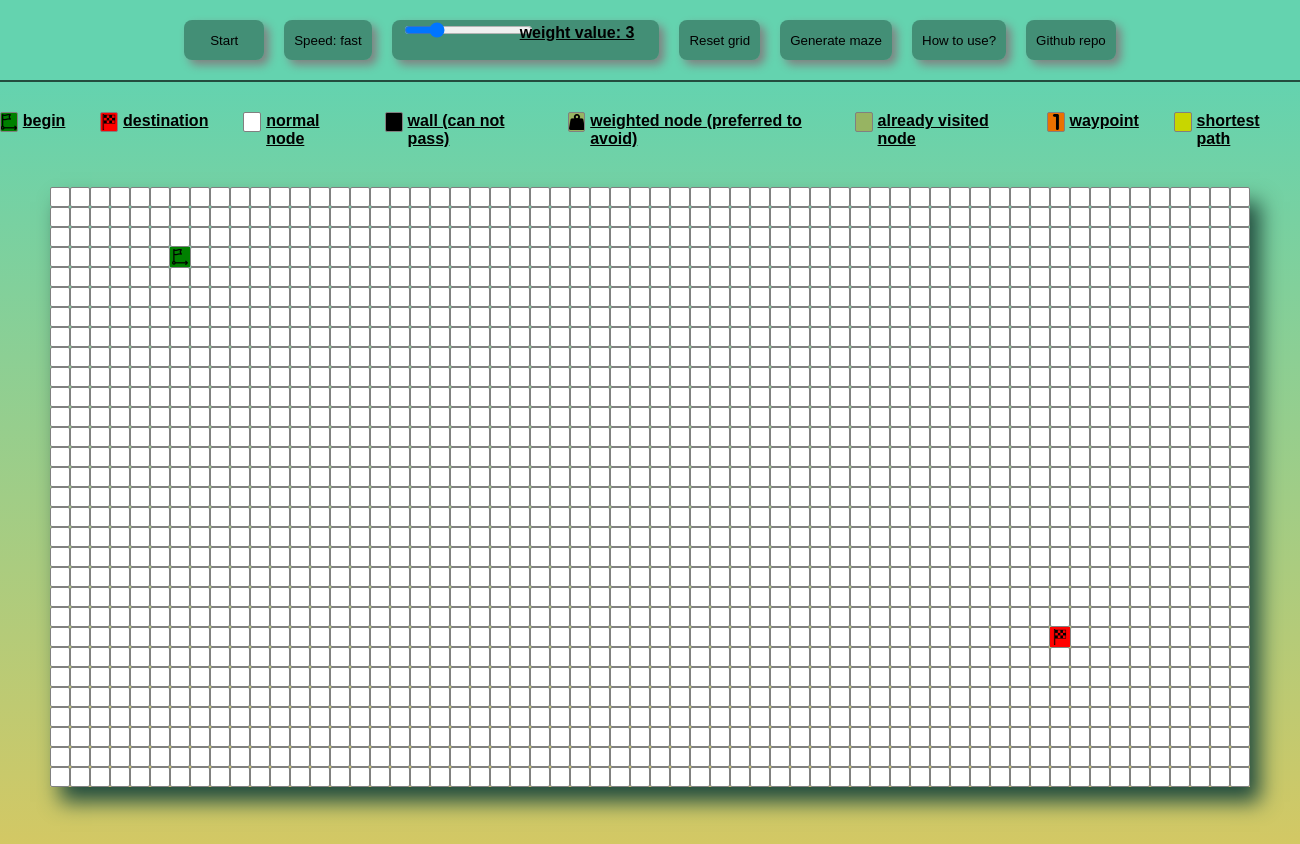
Repository: Daan-v-Berkel/PancakeFear.github.io
Page: index.html
These files come from the project's save history. The page is drawn as it stood at one moment and after the next save; the edit follows.
The browser window is 1280 px wide. The page is 1300 px wide, so the pictures cover 1300 px, including what lies to the right of the window. The pictures show the whole page.
Some web fonts or font styles are not loaded; a fallback is used.

Above is the page before, as saved 2021-11-15 20:10:15.

### index.html
<!doctype html>

<html lang="en">
<head>
  <meta charset="utf-8">
  <meta name="viewport" content="width=device-width, initial-scale=1">

  <title>Pathfinder Visualizer</title>
  <meta name="description" content="An interactive pathfinding algorithm visualizer">
  <meta name="author" content="DaanvB">

  <meta property="og:title" content="Pathfinding visualizer">
  <meta property="og:type" content="website">
  <meta property="og:description" content="An interactive pathfinding algorithm visualizer">

  <link rel="stylesheet" href="Style.css">
  <link rel="preconnect" href="https://fonts.googleapis.com">
  <link rel="preconnect" href="https://fonts.gstatic.com" crossorigin>
  <link href="https://fonts.googleapis.com/css2?family=Glory&display=swap" rel="stylesheet">
  <script src="Node_class.js"></script>
  <script src="Grid_class.js"></script>
  <script src="Helper_methods.js"></script>
  <script src="Algorithms.js"></script>
</head>

<body onload="createGrid()" onmouseup="mouseUpHandler()">
    <div class="header">
      <button type="button" class="header-btn" onclick="startAlgorithm(grid)">Start</button>
      <div class="dropdown-box">
        <button class="header-btn" id="dropdown-btn">Speed: fast</button>
        <div class="dropdown-content">
          <p class="dropdown-select" onclick="SelectSpeed(this)">slow</p>
          <p class="dropdown-select" onclick="SelectSpeed(this)">medium</p>
          <p class="dropdown-select" onclick="SelectSpeed(this)">fast</p>
          <p class="dropdown-select" onclick="SelectSpeed(this)">no delay</p>
        </div>
      </div>
      <div class="header-btn" id="slider-btn"><input type="range" min="1" max="10" value="3" class="slider" id="WeightRange" oninput="SetWeightValue(this)"><label id="weightLabel" for="WeightRange">weight value: 3</label></div>
      <div class="dropdown-box">
        <button class="header-btn" id="dropdown-btn" onmousedown="ResetGrid(grid)">Reset grid</button>
        <div class="dropdown-content">
          <span class="dropdown-select reset" id="startnode-reset" onclick="HandleResets(this)">
            <p><div class="explanation startnode dropdown"></div>Begin</p><span id="startnode-reset-inner"></span>
          </span>
          <span class="dropdown-select reset"  id="endnode-reset" onclick="HandleResets(this)">
            <p><div class="explanation endnode dropdown"></div>End</p><span id="endnode-reset-inner"></span>
          </span>
          <span class="dropdown-select reset"  id="waypoint-reset" onclick="HandleResets(this)">
            <p><div class="explanation waypoint one dropdown"></div>Waypoints</p><span id="waypoint-reset-inner"></span>
          </span>
          <span class="dropdown-select reset"  id="wall-reset" onclick="HandleResets(this)">
            <p><div class="explanation node wall dropdown"></div>Walls</p><span id="wall-reset-inner"></span>
          </span>
          <span class="dropdown-select reset"  id="weighted-reset" onclick="HandleResets(this)">
            <p><div class="explanation weighted dropdown"></div>Weights</p><span id="weighted-reset-inner"></span>
          </span>
        </div>
      </div>
      <button type="button" class="header-btn" onclick="Maze()">Generate maze</button>
      <button id="popup-btn" class="header-btn" onclick="ShowInstructions()">How to use?</button>
        <div id="popup" class="popup-instructions"  onclick="CloseWindow(this)">
          <div class="popup-content">
            <span class="close">&times;</span>
            <h1>How does it work?</h1>
            <p class="instruction-text">
              <img src="images/instruction.png" id="instruction-img" width="200" height="200">
              left-click can be used to place and remove walls. <br>
              click and drag an empty (white) node to create walls. <br>
              click and drag a wall to create empty nodes.
              <br><br>
              right-click (or alt + left-click) and drag to create weights. <br><br>
              click the middle mouse button (or shift + left-click) to create up to 3 waypoints.
            </p>

          </div>
        </div>
      <button type="button" class="header-btn" onclick="window.open('https://github.com/PancakeFear/PancakeFear.github.io', '_blank'); return false;">Github repo</button>
    </div>
    <div class="hero">
      <div id="popup-algo-failed" class="popup-instructions">
        <div class="popup-content">
          <span class="close">&times;</span>
          <h1>Failed to find a path</h1>
          <p class="instruction-text">
            the algorithm has failed to find its destination <br><br>
            This is most likely because there is no possible path.
          </p>

        </div>
      </div>
      <div class="explanations">
        <div name="begin" class="explanation startnode"></div><label for="begin">begin</label>
        <div name="dest" class="explanation endnode"></div><label for="dest">destination</label>
        <div name="node" class="explanation node"></div><label for="node">normal node</label>
        <div name="wall" class="explanation node wall"></div><label for="wall">wall (can not pass)</label>
        <div name="weight" class="explanation node weighted"></div><label for="weight">weighted node (preferred to avoid)</label>
        <div name="visit" class="explanation node visited"></div><label for="visit">already visited node</label>
        <div name="waypoint" class="explanation node waypoint one"></div><label for="waypoint">waypoint</label>
        <div name="shortest" class="explanation node shortest"></div><label for="shortest">shortest path</label>

      </div>
        <div id='grid'>

        </div>
    </div>
    <script src="script.js"></script>
</body>
</html>

### Style.css
* {
  font-family: "Glory", sans-serif !important;
}

html {
  height: 100%;
  min-height: fit-content;
  min-width: calc(1200px + 100px);
  margin: 0;
}
body {
  height: calc(100% - 82px);
  min-height: 682px;
  min-width: fit-content;
  margin: 0;
}

.hero {
  height: 100%;
  padding-top: 80px;
  background: linear-gradient(rgb(100, 211, 175), rgb(211, 200, 100));
}

#grid {
  height: 600px;
  width: 1200px;
  margin-left: auto;
  margin-right: auto;
  display: grid;
  grid-template-columns: repeat(auto-fill, 20px);
  grid-template-rows: repeat(auto-fill, 20px);
  box-shadow: 10px 15px 20px rgb(35, 77, 63);
}

/* .once {
  background: no-repeat url("images/dot.png");
  background-size: 4px 4px;
  background-position-x: 1px;
  background-position-y: 1px;
} */

.twice {
  /* background: no-repeat url("images/dot.png"), no-repeat url("images/dot.png"); */
  filter: brightness(80%);
  /* background-size: 4px 4px;
  background-position-x: 1px, 13px;
  background-position-y: 1px, 1px; */
}
.thrice {
  /* background: no-repeat url("images/dot.png"), no-repeat url("images/dot.png"),
    no-repeat url("images/dot.png"); */
  filter: brightness(60%);
  /* background-size: 4px 4px;
  background-position-x: 1px, 13px, 1px;
  background-position-y: 1px, 1px, 13px; */
}

.quadrice {
  /* background: no-repeat url("images/dot.png"), no-repeat url("images/dot.png"),
    no-repeat url("images/dot.png"), no-repeat url("images/dot.png"); */
  filter: brightness(40%);
  /* background-size: 4px 4px;
  background-position-x: 1px, 13px, 1px, 13px;
  background-position-y: 1px, 1px, 13px, 13px; */
}

.node {
  height: 18px;
  width: 18px;
  background-color: white;
  border: 1px solid grey;
  border-radius: 2px;
  cursor: pointer;
  transition: 0.6s ease-out;
}

.explanation {
  height: 18px;
  width: 18px;
  background-color: white;
  border: 1px solid grey;
  border-radius: 2px;
}

.wall {
  background-color: black;
}

.weighted {
  background: no-repeat url("images/weight.png") rgb(151, 180, 98);
  background-size: 16px 16px;
  background-position-x: center;
  background-position-y: center;
  animation-name: weights;
  animation-duration: 0.6s;
}

.visited {
  background-color: rgb(151, 180, 98);
}
.shortest {
  background-color: rgb(200, 214, 0);
}

@keyframes weights {
  from {
    background-position-y: -20px;
  }
  to {
    background-position-y: center;
  }
}

/* .node.weighted.visited {
  background-color: rgba(255, 255, 255, 0.199);
} */

.weighted.visited.shortest {
  background-color: rgb(228, 236, 110);
}

.startnode {
  background: no-repeat url("images/start-point.png") green;
  background-size: 16px 16px;
  background-position-x: center;
  background-position-y: center;
  cursor: pointer;
}
.endnode {
  background: no-repeat url("images/finish-flag.png") red;
  background-size: 16px 16px;
  background-position-x: center;
  background-position-y: center;
  cursor: pointer;
}

.waypoint.one {
  background: no-repeat url("images/one.png") rgb(235, 113, 0);
  background-size: 16px 16px;
  background-position-x: center;
  background-position-y: center;
}

.waypoint.two {
  background: no-repeat url("images/two.png") rgb(235, 113, 0);
  background-size: 16px 16px;
  background-position-x: center;
  background-position-y: center;
}

.waypoint.three {
  background: no-repeat url("images/three.png") rgb(235, 113, 0);
  background-size: 16px 16px;
  background-position-x: center;
  background-position-y: center;
}

.header {
  height: 80px;
  width: 100%;
  background-color: rgb(100, 211, 175);
  border-bottom: 2px solid rgb(35, 77, 63);
  display: flex;
  flex-direction: row;
  justify-content: center;
  align-items: center;
  column-gap: 20px;
}

.header-btn {
  height: 40px;
  min-width: 80px;
  align-items: center;
  background: rgba(35, 77, 63, 0.5);
  border: none;
  border-radius: 8px;
  box-shadow: 5px 5px 10px grey;
  cursor: pointer;
  padding: 0 10px;
}

.header-btn > a {
  text-decoration: none;
}

.explanations {
  width: fit-content;
  height: 25px;
  position: relative;
  top: -50px;
  left: 50%;
  right: auto;
  transform: translate(-50%, 0);
  display: flex;
  flex-direction: row;
  column-gap: 20px;
}
.explanation {
  animation: none;
  cursor: default;
}
.explanation.dropdown {
  cursor: pointer;
  margin-right: 8px;
}

label {
  font-weight: bold;
  text-decoration: underline;
  position: relative;
  left: -15px;
}

.dropdown-content {
  display: none;
  position: absolute;
  background: rgba(68, 144, 119, 255);
  min-width: 90px;
  box-shadow: 5px 5px 10px grey;
  border-radius: 0px 10px 10px 10px;
  z-index: 1;
}

.dropdown-box:hover #dropdown-btn {
  border-radius: 8px 8px 0px 0px;
  height: 48px;
  transform: translate(0, 4px);
  padding-bottom: 8px;
}

.dropdown-box:hover .dropdown-content {
  display: flex;
  flex-direction: column;
  align-items: center;
}

.dropdown-select {
  width: 90px;
  height: 100%;
  margin: 0px;
  color: black;
  padding: 12px 16px;
  text-decoration: none;
  display: block;
  cursor: pointer;
}
.dropdown-select::before {
  content: "";
  background: rgb(100, 211, 175);
  position: absolute;
  margin-top: -13px;
  left: 10px;
  right: 10px;
  height: 1px;
  width: 80%;
}
.dropdown-select.reset::before {
  margin-top: -40px;
}
.dropdown-select.reset {
  width: 110px;
  height: 1em;
  display: flex;
  flex-direction: row;
  align-items: center;
}
.dropdown-select.reset > span {
  position: absolute;
  right: 0;
  margin: 0 15px;
}

.dropdown-select:first-child {
  border-radius: 0px 10px 0px 0px;
}
.dropdown-select:first-child::before {
  background: transparent;
}

.dropdown-select:last-child {
  border-radius: 0px 0px 10px 10px;
}

.dropdown-select:hover {
  background: rgb(53, 109, 90);
}

.popup-instructions {
  display: none;
  position: fixed;
  z-index: 1;
  left: 0;
  top: 0;
  width: 100%;
  height: 100%;
  /*overflow: auto;*/
  background-color: rgb(0, 0, 0);
  background-color: rgba(0, 0, 0, 0.4);
}

/* Modal Content/Box */
.popup-content {
  background: linear-gradient(rgb(100, 211, 175), rgb(211, 200, 100));
  margin: auto;
  margin-top: 10%;
  padding: 20px;
  border: 1px solid #888;
  border-radius: 20px;
  width: fit-content;
  height: fit-content;
  min-height: 300px;
  min-width: 20%;
}

.close {
  position: relative;
  top: -20px;
  color: #aaa;
  float: right;
  font-size: 41px;
  font-weight: bold;
}

.close:hover,
.close:focus {
  color: black;
  text-decoration: none;
  cursor: pointer;
}

#instruction-img {
  float: right;
  margin-left: 5%;
}

### Node_class.js
class GridNode {
  // Base class for nodes, each representing 'backend' of the visual block
  constructor(id, status){
    this.id = id;
    this.status = status;// node, startnode, endnode, visited, weighted, shortest, wall, waypoint(one, two, three).
    this.previousNode = null;
    this.visited = false;
    this.path = null;
    this.direction = null;
    this.storedDirection = null;
    this.distance = Infinity;
    this.totalDistance = Infinity;
    this.heuristicDistance = null;
    this.weight = 0;
    this.relatesToObject = false;
    this.overwriteObjectRelation = false;
  }

  softReset(){//soft reset, for multiple waypoints
    //this.status = 'node';
    this.previousNode = null;
    this.path = null;
    this.visited = false;
    this.direction = null;
    this.storedDirection = null;
    this.distance = Infinity;
    this.totalDistance = Infinity;
    this.heuristicDistance = null;
    //this.weight = 0;
    this.relatesToObject = false;
    this.overwriteObjectRelation = false;
  }

  addStatus(s){
    this.status = `${this.status} ${s}`;
  }

  overwriteStatus(s){
    this.status = `node ${s}`;
  }

  removeStatus(s){
    var toRemove = ' ' + s;
    var currentStatus = this.status;
    var newStatus = currentStatus.replace(toRemove, '');
    this.status = newStatus
  }
}

### Grid_class.js
class Grid {
    // Base class for the grid, as 'backend' to the visual grid.
    constructor(col, rows){
      this.columns = col;
      this.rows = rows;
      this.start = null;
      this.end = null;
      this.active = false;
      this.nodes = [];
      this.waypoints = [];
      this.mousePressed = false;
      this.pressedNodeStatus = null;
      this.currentNode = null;
      this.previousNode = null;
      this.enteredSpecialNode = false;
      this.speed = 100;
      this.weightNumber = 3;
    }
  // gets a node from the created nodes in the grid
    getNode(id){
      var coordinates = id.toString().split(',');
      var row = parseInt(coordinates[0]);
      var col = parseInt(coordinates[1]);
      return this.nodes[row][col];
    }
  // resets a node to its original state, visually this means it will become empty or white.
    resetNode(n){//hard reset
      n.status = 'node';
      n.previousNode = null;
      n.path = null;
      n.visited = false;
      n.direction = null;
      n.storedDirection = null;
      n.distance = Infinity;
      n.totalDistance = Infinity;
      n.heuristicDistance = null;
      n.weight = 0;
      n.relatesToObject = false;
      n.overwriteObjectRelation = false;
    }

    findNodesByStatus(status){
      var nodesFound = [];

      for (var r in this.nodes){
        for (var n in r){
          if (n.status.includes(status)){
            nodesFound.push(n);
          }
        }
      }
      return nodesFound;
    }

    addWaypoint(wpNode, replaceIndex=null){
      var lostWP = null;
      var indexToString = null;
      if (wpNode && !replaceIndex){
        this.waypoints.push(wpNode)
      }else{
        var i = this.waypoints.indexOf(wpNode);
        this.waypoints.splice(i, 1, wpNode)
      }
      if (this.waypoints.length > 3){
        lostWP = this.waypoints.shift();
        lostWP.status = 'node';
      }
      for (var i in this.waypoints){
        switch(i){
          case '0':
            indexToString = 'one';
            this.waypoints[i].status = `node waypoint one`;
            break;
          case '1':
            indexToString = 'two';
            this.waypoints[i].status = `node waypoint two`;
            break;
          case '2':
            indexToString = 'three';
            this.waypoints[i].status = `node waypoint three`;
            break;
          default:
            console.log(i);
        }
        //this.waypoints[i].status = `node waypoint ${indexToString}`;
      }
      //console.log(this.waypoints);
      if(lostWP){return lostWP.id;}
    }

    removeWaypoint(wpNode){
      var index = this.waypoints.indexOf(wpNode);
      var nodeToRemove = this.waypoints[index];
      var indexToString = null;
      this.waypoints.splice(index, 1);
      nodeToRemove.status = 'node';
      for (var i in this.waypoints){
        switch(i){
          case '0':
            indexToString = 'one';
            this.waypoints[i].status = `node waypoint one`;
            break;
          case '1':
            indexToString = 'two';
            this.waypoints[i].status = `node waypoint two`;
            break;
          case '2':
            indexToString = 'three';
            this.waypoints[i].status = `node waypoint three`;
            break;
          default:
            console.log(i);
        }
        //this.waypoints[i].status = `node waypoint ${indexToString}`;
      }
      //return nodeToRemove.id;
    }
  }

### Algorithms.js

function startAlgorithm(grid){
    if (grid.active){
      return;
    }
    if (grid.algorithmFinished){
      grid.softReset();
    }

    Dijkstra(grid)

}


async function Dijkstra(grid){
  grid.active = true;
  let start = grid.start;
  let end = grid.end;
  let path = [];
  let drawSpeed = grid.speed;
  var gridDiv = document.getElementById('grid');
  path.push(start);
  var nodesToVisit = Array.from(grid.waypoints);
  nodesToVisit.push(end);
  var startPoints = [start].concat(grid.waypoints);
  console.log(startPoints);

  for (var i = 0; i < nodesToVisit.length; i++){
    var nodesToClearO = gridDiv.getElementsByClassName('visited');
    var nodesToClear = Array.from(nodesToClearO);
    for (var index=0; index < nodesToClear.length; index++){
      var div = nodesToClear[index];
      var id = div.id;
      var node = grid.getNode(id);
      node.softReset();
      div.className = node.status;
    }
    var priorityQueue = new PriorityQueue;
    var currentTarget = nodesToVisit[i];
    currentTarget.softReset();
    var currentStart = startPoints[i];
    currentStart.visited = true;
    currentStart.distance = 0;
    currentStart.totalDistance = 0;
    priorityQueue.enqueue(currentStart, currentStart.totalDistance);

    while (!priorityQueue.isEmpty()){

      var currentNode = priorityQueue.dequeue().element;
      if ((currentNode == currentTarget) && (currentTarget == end)){
        drawShortestPath(currentNode);
        grid.algorithmFinished = true;
        grid.active = false;
        return;
      }else if (currentNode == currentTarget){
        drawShortestPath(currentNode);
        break;
      }
      var currentNeighbours = getAllNeighbours(currentNode);

      for (var ind in currentNeighbours){
        var n = currentNeighbours[ind];
        n.visited = true;
        DrawVisited(n);
        priorityQueue.enqueue(n, n.totalDistance);
      }
      if (drawSpeed){
        await sleep(drawSpeed/10);
        drawSpeed = drawSpeed*0.999;
      }
    }
    if (priorityQueue.isEmpty()){
      console.log('failure');
      grid.algorithmFinished = true;
      grid.active = false;
      alert('either the start or end is unreachable.\nNo path can be found.');
      return;
    }
  }
}

Loaded but not shown: Helper_methods.js (445 lines, source omitted); script.js (232 lines, source omitted)

After the next save:
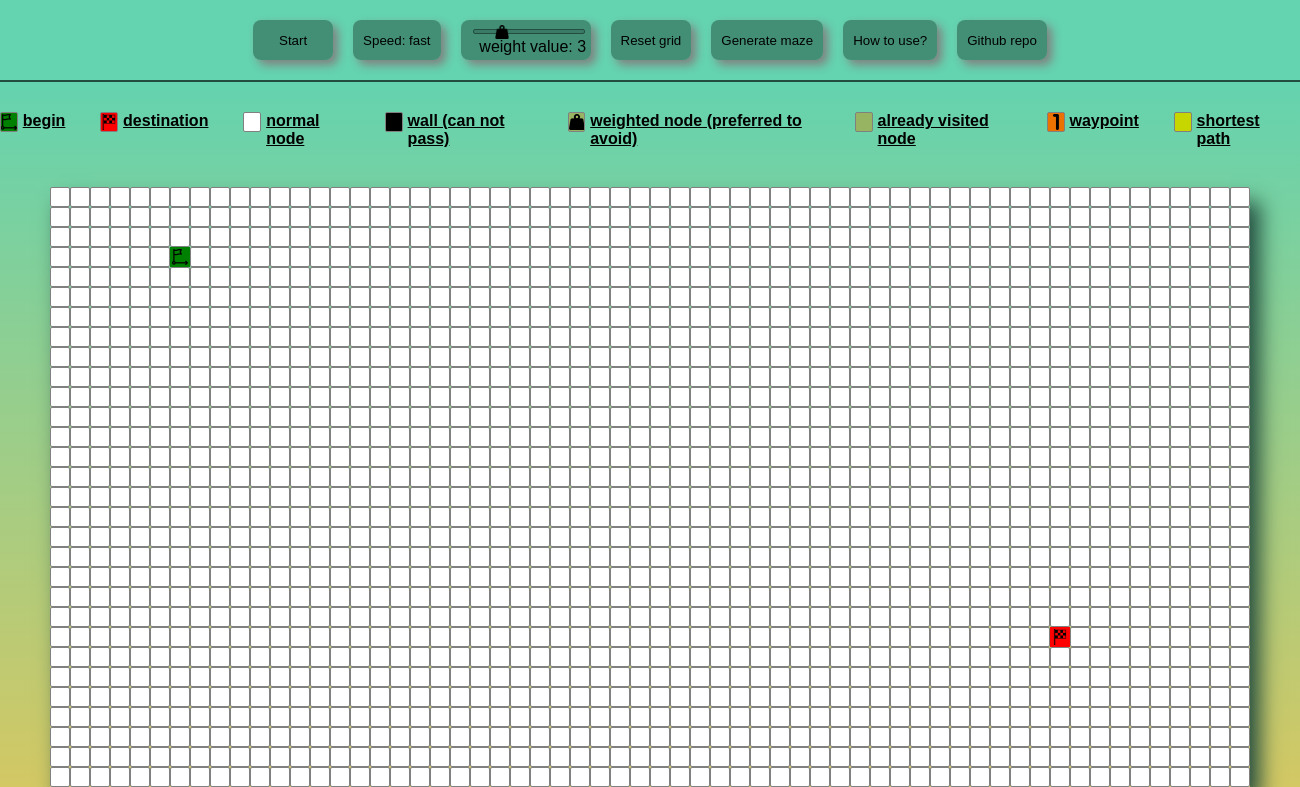
Saved 7 min 5 s later.
--- a/Style.css
+++ b/Style.css
@@ -16,7 +16,7 @@ body {
 }
 
 .hero {
-  height: 100%;
+  /* height: 100%; */
   padding-top: 80px;
   background: linear-gradient(rgb(100, 211, 175), rgb(211, 200, 100));
 }
@@ -32,36 +32,15 @@ body {
   box-shadow: 10px 15px 20px rgb(35, 77, 63);
 }
 
-/* .once {
-  background: no-repeat url("images/dot.png");
-  background-size: 4px 4px;
-  background-position-x: 1px;
-  background-position-y: 1px;
-} */
-
 .twice {
-  /* background: no-repeat url("images/dot.png"), no-repeat url("images/dot.png"); */
   filter: brightness(80%);
-  /* background-size: 4px 4px;
-  background-position-x: 1px, 13px;
-  background-position-y: 1px, 1px; */
 }
 .thrice {
-  /* background: no-repeat url("images/dot.png"), no-repeat url("images/dot.png"),
-    no-repeat url("images/dot.png"); */
   filter: brightness(60%);
-  /* background-size: 4px 4px;
-  background-position-x: 1px, 13px, 1px;
-  background-position-y: 1px, 1px, 13px; */
 }
 
 .quadrice {
-  /* background: no-repeat url("images/dot.png"), no-repeat url("images/dot.png"),
-    no-repeat url("images/dot.png"), no-repeat url("images/dot.png"); */
   filter: brightness(40%);
-  /* background-size: 4px 4px;
-  background-position-x: 1px, 13px, 1px, 13px;
-  background-position-y: 1px, 1px, 13px, 13px; */
 }
 
 .node {
@@ -111,10 +90,6 @@ body {
   }
 }
 
-/* .node.weighted.visited {
-  background-color: rgba(255, 255, 255, 0.199);
-} */
-
 .weighted.visited.shortest {
   background-color: rgb(228, 236, 110);
 }
@@ -132,6 +107,10 @@ body {
   background-position-x: center;
   background-position-y: center;
   cursor: pointer;
+}
+
+.waypoint {
+  transition: none;
 }
 
 .waypoint.one {
@@ -177,6 +156,9 @@ body {
   box-shadow: 5px 5px 10px grey;
   cursor: pointer;
   padding: 0 10px;
+}
+.header-btn:hover {
+  background: rgba(35, 77, 63, 0.8);
 }
 
 .header-btn > a {
@@ -293,12 +275,10 @@ label {
   top: 0;
   width: 100%;
   height: 100%;
-  /*overflow: auto;*/
   background-color: rgb(0, 0, 0);
   background-color: rgba(0, 0, 0, 0.4);
 }
 
-/* Modal Content/Box */
 .popup-content {
   background: linear-gradient(rgb(100, 211, 175), rgb(211, 200, 100));
   margin: auto;
@@ -332,3 +312,41 @@ label {
   float: right;
   margin-left: 5%;
 }
+
+#slider-btn {
+  width: 110px;
+}
+
+#slider-btn:hover {
+  cursor: default;
+  background-color: rgba(35, 77, 63, 0.5);
+}
+
+#weightLabel {
+  text-decoration: none;
+  position: relative;
+  font-weight: normal;
+  left: 8%;
+  right: auto;
+}
+
+#WeightRange {
+  -webkit-appearance: none;
+  width: 100%;
+  height: 3px;
+  border: 1px solid rgb(35, 77, 63);
+  border-radius: 2px;
+  background: rgba(35, 77, 63, 0.3);
+}
+
+#WeightRange::-webkit-slider-thumb {
+  -webkit-appearance: none;
+  appearance: none;
+  width: 16px;
+  height: 16px;
+  background: no-repeat url("images/weight.png") transparent;
+  background-size: 14px 14px;
+  background-position-x: center;
+  background-position-y: center;
+  cursor: pointer;
+}
